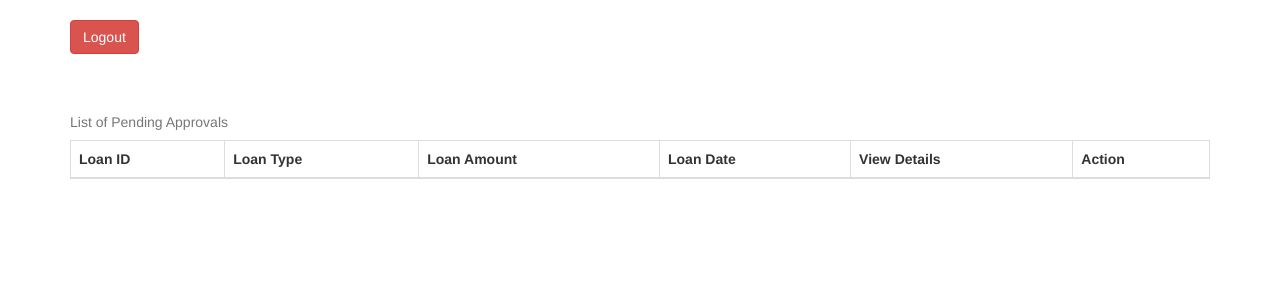
Repository: Bayvao/E-Loan-Project
Page: http://localhost/E-Loan-Project/WEB-INF/views/pending-loan-approval.jsp
These files come from the project's save history. The page is drawn as it stood at one moment and after the next save; the edit follows.
The browser window is 1280 px wide. The pictures show the whole page.
The page is served by Tomcat 9. Nobody is signed in. The template is opened directly, without the code that normally fills it, so the values that code supplies are empty.

Above is the page before, as saved 2020-07-21 08:32:30.

After the next save:
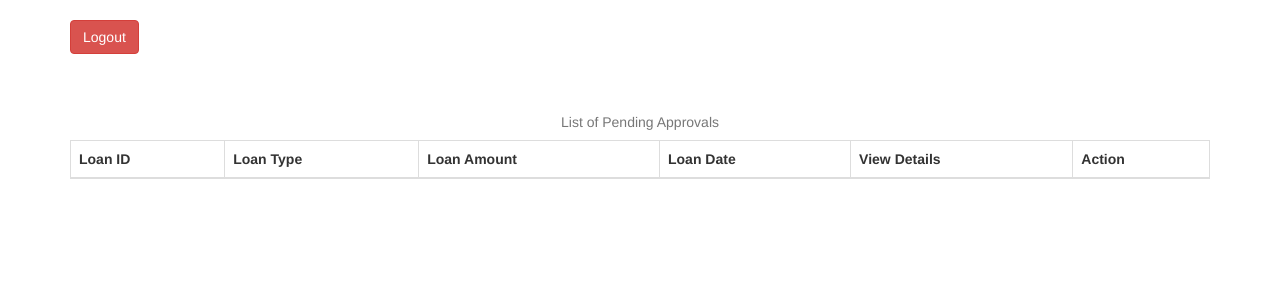
Saved 73 s later.
--- a/E-Loan-Project/src/main/webapp/WEB-INF/views/pending-loan-approval.jsp
+++ b/E-Loan-Project/src/main/webapp/WEB-INF/views/pending-loan-approval.jsp
@@ -19,7 +19,7 @@
 
 
 <style>
-h2 {
+caption {
 	text-align: center;
 }
 </style>
